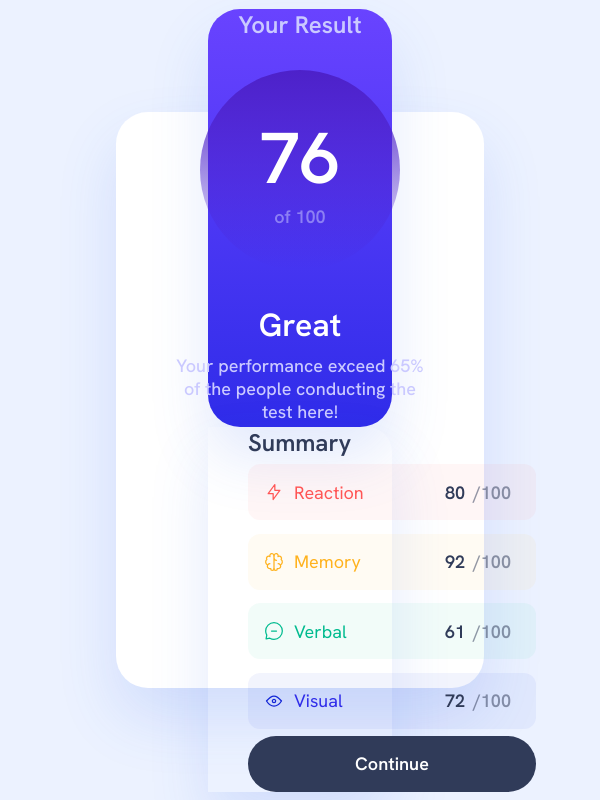
Repository: KamoliddinGIT/result-summary
Page: index.html
An editor plug-in stored every save of this project. The page is shown before and after the next save, followed by the edit.
The browser window is 600 px wide. The pictures show the whole page.

Above is the page before, as saved 2023-09-08 16:43:57.

### index.html
<!DOCTYPE html>
<html lang="en">
  <head>
    <meta charset="UTF-8" />
    <meta name="viewport" content="width=device-width, initial-scale=1.0" />
    <link
      rel="icon"
      type="image/png"
      sizes="32x32"
      href="./assets/images/favicon-32x32.png"
    />
    <link rel="stylesheet" href="css/style.css" />
    <link rel="preconnect" href="https://fonts.googleapis.com" />
    <link rel="preconnect" href="https://fonts.gstatic.com" crossorigin />
    <link
      href="https://fonts.googleapis.com/css2?family=Hanken+Grotesk:wght@400;500;600&display=swap"
      rel="stylesheet"
    />
    <title>Results summary component</title>
  </head>
  <body>
    <div class="container">
      <div class="result-box">
        <h1 class="result__heading">Your Result</h1>
        <div class="result__score">
          <h1>76</h1>
          <span>of 100</span>
        </div>
        <div class="result__comment">
          <h1>Great</h1>
          <p>
            Your performance exceed 65% of the people conducting the test here!
          </p>
        </div>
      </div>
      <div class="summary-box">
        <h1 class="summary__title">Summary</h1>
        <div class="summary__stats">
          <li class="summary__stats__item__1">
            <img src="./assets/images/icon-reaction.svg" alt="logo" />
            <h2>Reaction</h2>
            <h3>80<span>/100</span></h3>
          </li>
          <li class="summary__stats__item__2">
            <img src="./assets/images/icon-memory.svg" alt="logo" />
            <h2>Memory</h2>
            <h3>92<span>/100</span></h3>
          </li>
          <li class="summary__stats__item__3">
            <img src="./assets/images/icon-verbal.svg" alt="logo" />
            <h2>Verbal</h2>
            <h3>61<span>/100</span></h3>
          </li>
          <li class="summary__stats__item__4">
            <img src="/assets/images/icon-visual.svg" alt="logo" />
            <h2>Visual</h2>
            <h3>72<span>/100</span></h3>
          </li>
        </div>
        <a href="#" class="summary__btn"> Continue </a>
      </div>
    </div>

    <script src="js/index.js"></script>
  </body>
</html>

### css/style.css
* {
  margin: 0;
  padding: 0;
  box-sizing: border-box;
}

body {
  display: flex;
  flex-direction: column;
  justify-content: center;
  align-items: center;
  height: 100vh;
  padding: 0;
  margin: 0;
  font-family: "Hanken Grotesk", "Arial", sans-serif;
  font-size: 18px;
  font-weight: 500;
  line-height: normal;
  background-color: #ecf2ff;
  color: #303b59;
}

.container {
  width: 47%;
  max-width: 1200px;
  display: flex;
  justify-content: center;
  align-items: center;
  height: 72%;
  background-color: #ffffff;
  box-shadow: 0px 30px 60px 0px rgba(61, 108, 236, 0.15);
  border-radius: 32px;
}

.result-box {
  width: 50%;
  max-width: 368px;
  height: 100%;
  border-radius: 32px;
  box-shadow: 0px 30px 60px 0px rgba(61, 108, 236, 0.15);
  background-image: linear-gradient(
    180deg,
    #75f 0%,
    #6943ff 0.01%,
    #2f2ce9 100%
  );
  color: #cac9ff;
  box-shadow: 0px 30px 60px 0px rgba(61, 108, 236, 0.15);
  display: flex;

  flex-direction: column;
  align-items: center;
  justify-content: center;
  font-family: "Hanken Grotesk", "Arial", sans-serif;
  gap: 30px;
}

.summary-box {
  display: flex;
  flex-direction: column;
  align-items: start;
  padding-left: 40px;
  justify-content: space-evenly;
  width: 50%;
  height: 100%;
  border-radius: 0 25px 25px 0;
  box-shadow: 0px 30px 60px 0px rgba(61, 108, 236, 0.15);
}

.result__heading {
  font-size: 24px;
}

.result__score {
  display: flex;
  flex-direction: column;
  justify-content: center;
  align-items: center;
  width: 200px;
  height: 200px;
  border-radius: 50%;
  background-image: linear-gradient(
    180deg,
    #4d21c9 0%,
    rgba(37, 33, 201, 0) 100%,
    rgba(37, 33, 201, 0) 100%
  );
}

.result__score h1 {
  font-size: 72px;
  color: #ffffff;
}

.result__score span {
  color: #cac9ff;
  font-weight: 700;
  opacity: 0.5168;
  font-size: 18px;
}

.result__comment {
  display: flex;
  justify-content: space-around;
  align-items: center;
  flex-direction: column;
  text-align: center;
  width: 260px;
  height: 127px;
}

.result__comment h1 {
  font-size: 32px;
  color: #ffffff;
}

.result__comment p {
  font-size: 18px;
  color: #cac9ff;
  font-weight: 500;
  line-height: normal;
}

.summary__title {
  color: #303b59;
  font-size: 24px;
  font-weight: bold;
}

.summary__stats {
  width: 288px;
  height: 278px;
  display: flex;
  flex-direction: column;
  justify-content: space-around;
  align-items: start;
  list-style-type: none;
}

.summary__stats__item__1 {
  width: 100%;
  display: flex;
  gap: 10px;
  align-items: center;
  height: 56px;
  padding: 16px;
  background: rgba(255, 85, 85, 0.05);
  border-radius: 12px;
}

.summary__stats__item__1 h2 {
  width: 141px;
  font-size: 18px;
  color: #f55;
  font-weight: normal;
}

.summary__stats__item__1 h3 span {
  opacity: 0.5168;
  font-weight: bold;
  color: rgba(48, 59, 89, 0.5);
  font-size: 18px;
  color: #303b59;
  margin-left: 8px;
}

.summary__stats__item__1 h3 {
  color: #303b59;
  font-weight: bold;
  font-size: 18px;
}

.summary__stats__item__2 {
  width: 100%;
  display: flex;
  gap: 10px;
  align-items: center;
  height: 56px;
  padding: 16px;
  background: rgba(255, 178, 30, 0.05);
  border-radius: 12px;
}

.summary__stats__item__2 h2 {
  width: 141px;
  font-size: 18px;
  color: #ffb21e;
  font-weight: normal;
}

.summary__stats__item__2 h3 span {
  opacity: 0.5168;
  font-weight: bold;
  color: rgba(48, 59, 89, 0.5);
  font-size: 18px;
  color: #303b59;
  margin-left: 8px;
}

.summary__stats__item__2 h3 {
  color: #303b59;
  font-weight: bold;
  font-size: 18px;
}

.summary__stats__item__3 {
  width: 100%;
  display: flex;
  gap: 10px;
  align-items: center;
  height: 56px;
  padding: 16px;
  background: rgba(0, 187, 143, 0.05);
  border-radius: 12px;
}

.summary__stats__item__3 h2 {
  font-size: 18px;
  color: #00bb8f;
  font-weight: normal;
  width: 141px;
}

.summary__stats__item__3 h3 span {
  opacity: 0.5168;
  font-weight: bold;
  color: rgba(48, 59, 89, 0.5);
  font-size: 18px;
  color: #303b59;
  margin-left: 8px;
}

.summary__stats__item__3 h3 {
  color: #303b59;
  font-weight: bold;
  font-size: 18px;
}

.summary__stats__item__4 {
  width: 100%;
  display: flex;
  gap: 10px;
  align-items: center;
  height: 56px;
  padding: 16px;
  background: rgba(17, 37, 214, 0.05);
  border-radius: 12px;
}

.summary__stats__item__4 h2 {
  width: 141px;
  font-size: 18px;
  color: #2f2ce9;
  font-weight: normal;
}

.summary__stats__item__4 h3 span {
  opacity: 0.5168;
  font-weight: bold;
  color: rgba(48, 59, 89, 0.5);
  font-size: 18px;
  color: #303b59;
  margin-left: 8px;
}

.summary__stats__item__4 h3 {
  color: #303b59;
  font-weight: bold;
  font-size: 18px;
}

.summary__btn {
  width: 288px;
  height: 56px;
  border-radius: 128px;
  background: #303b59;
  display: flex;
  justify-content: center;
  align-items: center;
  text-decoration: none;
  color: white;
  font-weight: bold;
}

.summary__btn:hover {
  background: linear-gradient(180deg, #75f 0%, #6943ff 0.01%, #2f2ce9 100%);
  content: "";
  transition: opacity ease 0.3s;
}

.summary__btn:active {
  outline: 2px solid white;
  border: 2px solid white;
}

/* media */

@media only screen and (max-width: 740px) {
  .container {
    flex-direction: column;
    justify-content: center;
    align-items: center;
    width: 100%;
    max-width: 368px;
  }
}

@media only screen and (min-width: 740px) {
  .container {
    align-items: center;
  }
}

### js/index.js
"use strict";

const data = [
  {
    category: "Reaction",
    score: 80,
    icon: "img/icon-reaction.svg",
  },
  {
    category: "Memory",
    score: 92,
    icon: "img/icon-memory.svg",
  },
  {
    category: "Verbal",
    score: 61,
    icon: "img/icon-verbal.svg",
  },
  {
    category: "Visual",
    score: 72,
    icon: "img/icon-visual.svg",
  },
];

After the next save:
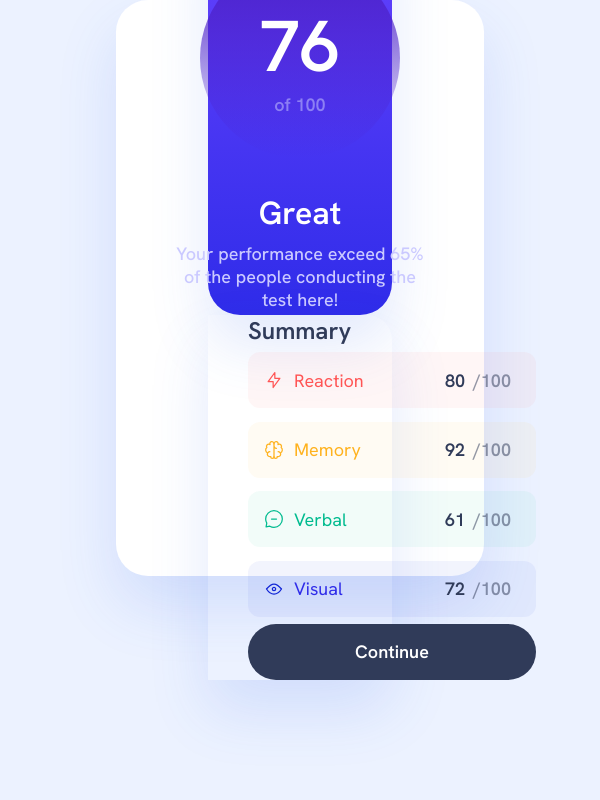
Saved 12 s later.
--- a/css/style.css
+++ b/css/style.css
@@ -296,6 +296,10 @@
 /* media */
 
 @media only screen and (max-width: 740px) {
+  body {
+    justify-content: start;
+    align-items: center;
+  }
   .container {
     flex-direction: column;
     justify-content: center;

After the save that followed:
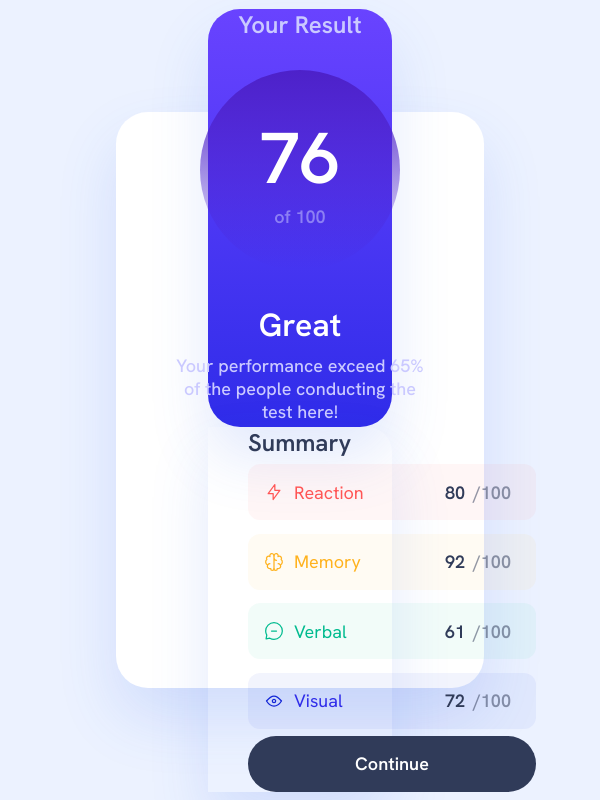
Saved 8 s later.
--- a/css/style.css
+++ b/css/style.css
@@ -296,10 +296,6 @@
 /* media */
 
 @media only screen and (max-width: 740px) {
-  body {
-    justify-content: start;
-    align-items: center;
-  }
   .container {
     flex-direction: column;
     justify-content: center;
